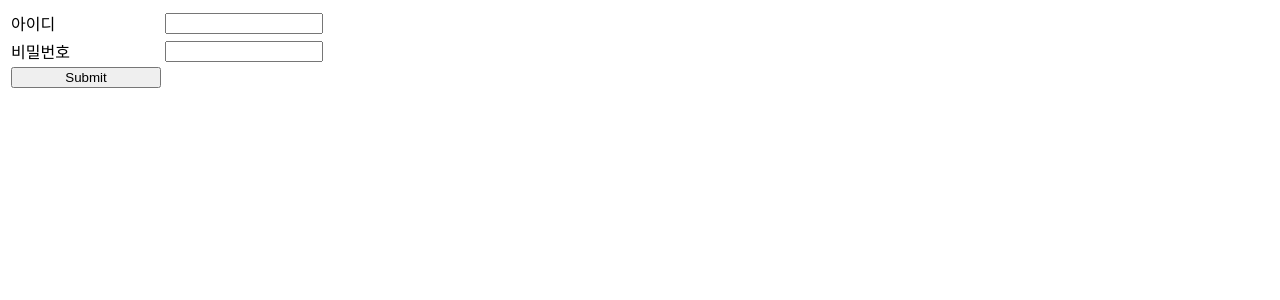
Repository: Gabintree/JDBC2019
Page: Jsp20190510_start/WebContent/Jsp0517_Login.html
These files come from the project's save history. The page is drawn as it stood at one moment and after the next save; the edit follows.
The browser window is 1280 px wide. The pictures show the whole page.

Above is the page before, as saved 2019-05-17 02:26:42.

After the next save:
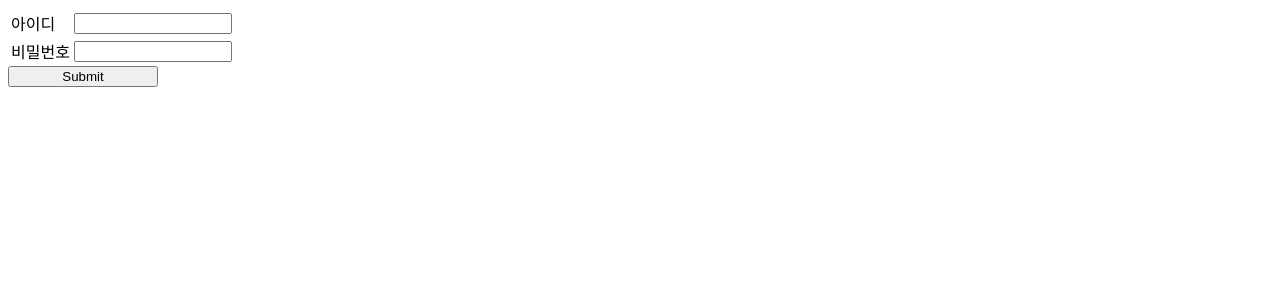
Saved 30 s later.
--- a/Jsp20190510_start/WebContent/Jsp0517_Login.html
+++ b/Jsp20190510_start/WebContent/Jsp0517_Login.html
@@ -21,11 +21,11 @@
 		<td>비밀번호</td>
 		<td><input type ="password" name="pw"></td>
 	</tr>
-	<tr>
+	</table>
 		<td><input type="submit" name="로그인"></td>
-	</tr>
 
 
-</table>
+
+
 </body>
 </html>
